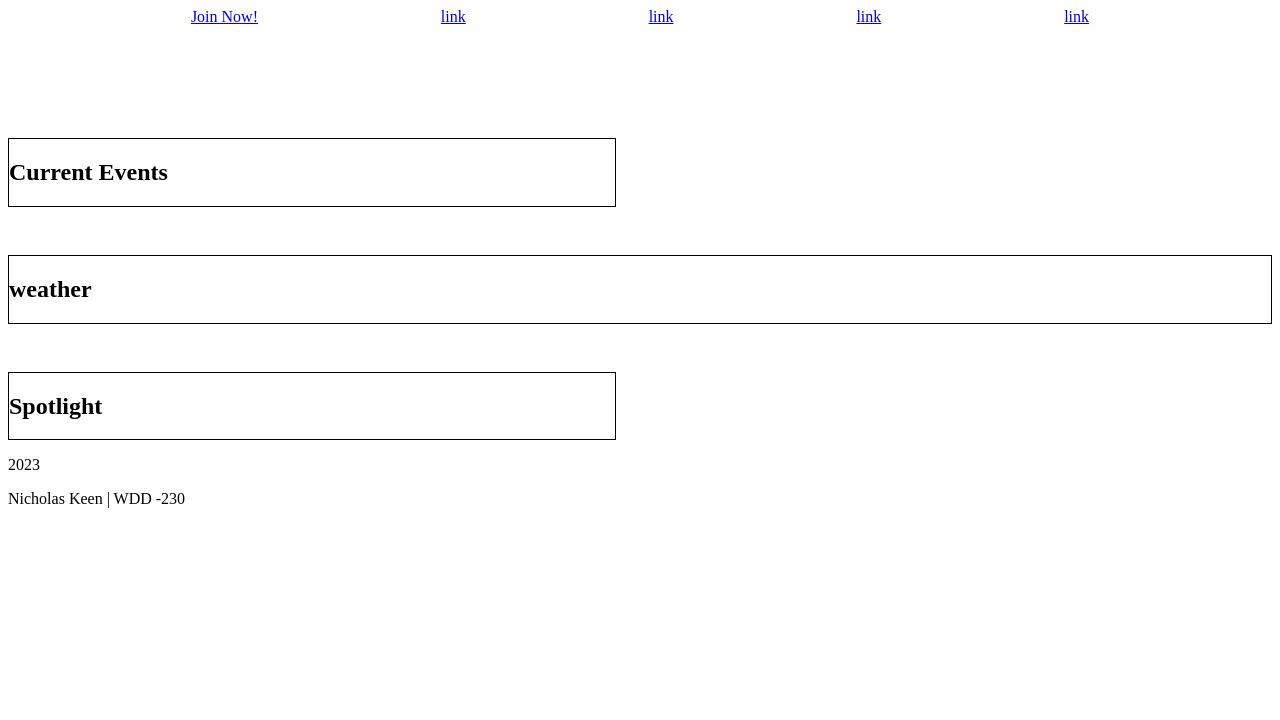
Repository: nak97/WDD230
Page: lesson03/chamber.html
The author's editor kept a copy of each file at every save. The page is drawn from the files as they stood at one save, then again after the next save.
The browser window is 1280 px wide. The pictures show the whole page.
Some web fonts or font styles are not loaded; a fallback is used.

Above is the page before, as saved 2023-10-07 19:52:30.

### lesson03/chamber.html
<!DOCTYPE html>
<html lang="en">
<head>
  <meta charset="UTF-8">
  <meta name="viewport" content="width=device-width, initial-scale=1.0">
  <meta name="description" content="WDD 230 - Nicholas Keen  - Web Frontend Development chamber-site-plan">
  <meta name="author" content="Nicholas Keen">
  <meta property="og:title" content="facebook"/>
  <meta property="og:type" content="website" />
  <meta property="og:url" content="facebook.com" />
  <meta property="og:image" content="images/facebook-meta-tag-pic.png" />
  <title>Chamber site plan</title>
  <link rel="stylesheet" href="/lesson03/styles/medium.css">
  <link rel="stylesheet" href="/lesson03/styles/large.css">
  <link rel="stylesheet" href="/lesson03/base.css">
  <link rel="preconnect" href="https://fonts.googleapis.com">
  <link rel="preconnect" href="https://fonts.gstatic.com" crossorigin>
  <link href="https://fonts.googleapis.com/css2?family=Gajraj+One&family=Montserrat:wght@700&family=Young+Serif&display=swap" rel="stylesheet">
  <title>Chamber</title>
</head>
<body>
  <header>

  </header>
  <nav class="navigation" >
    <a href="#">Join Now!</a>
    <a href="#">link</a>
    <a href="#">link</a>
    <a href="#">link</a>
    <a href="#">link</a>
  </nav>

  <main>
<!-- <img src="https://imgs.search.brave.com/JFc6OAb8GeWjekpeVgYFRLz9ljMKk6hGTTPaqdilQQg/rs:fit:500:0:0/g:ce/aHR0cHM6Ly90NC5m/dGNkbi5uZXQvanBn/LzAzLzI4LzMzLzIz/LzM2MF9GXzMyODMz/MjM5NV82THd3Z0Rr/eDdqTlU4MVBDYW9k/UUtwVGZENjVUSjJ6/Ry5qcGc" alt=""> -->

<section class="current-events">
<h1>Current Events </h1>

</section>


<section class="weather">
<h1>weather</h1>

</section>




<section class="spotlights">
<h1>Spotlight</h1>

</section>
  </main>

  <footer>
  <p> <i class="fa-sharp fa-light fa-copyright"></i>2023 </p>
  <p> Nicholas Keen |  WDD -230 <br> </p>
  <p id="lastModified"></p>
  </footer>

</body>
</html>

### lesson03/base.css
 /* body{
  background-image: url(https://imgs.search.brave.com/JFc6OAb8GeWjekpeVgYFRLz9ljMKk6hGTTPaqdilQQg/rs:fit:500:0:0/g:ce/aHR0cHM6Ly90NC5m/dGNkbi5uZXQvanBn/LzAzLzI4LzMzLzIz/LzM2MF9GXzMyODMz/MjM5NV82THd3Z0Rr/eDdqTlU4MVBDYW9k/UUtwVGZENjVUSjJ6/Ry5qcGc);
  background-repeat: no-repeat;
}  */

nav{
  display: flex;
  justify-content: space-evenly;
}
main {
  display: grid;
  grid-template-columns: 1fr 1fr;
  grid-gap: 3rem;
  margin-top: 7rem;
}
section {
  border: 1px solid black;
}

.weather  {
  grid-column: 1/3;
}

.spotlight {
  grid-column: 2;
  grid-row: 1;
}

Loaded but not shown: lesson03/styles/medium.css (no stored copy; drawn as an empty file); lesson03/styles/large.css (no stored copy; drawn as an empty file)

After the next save:
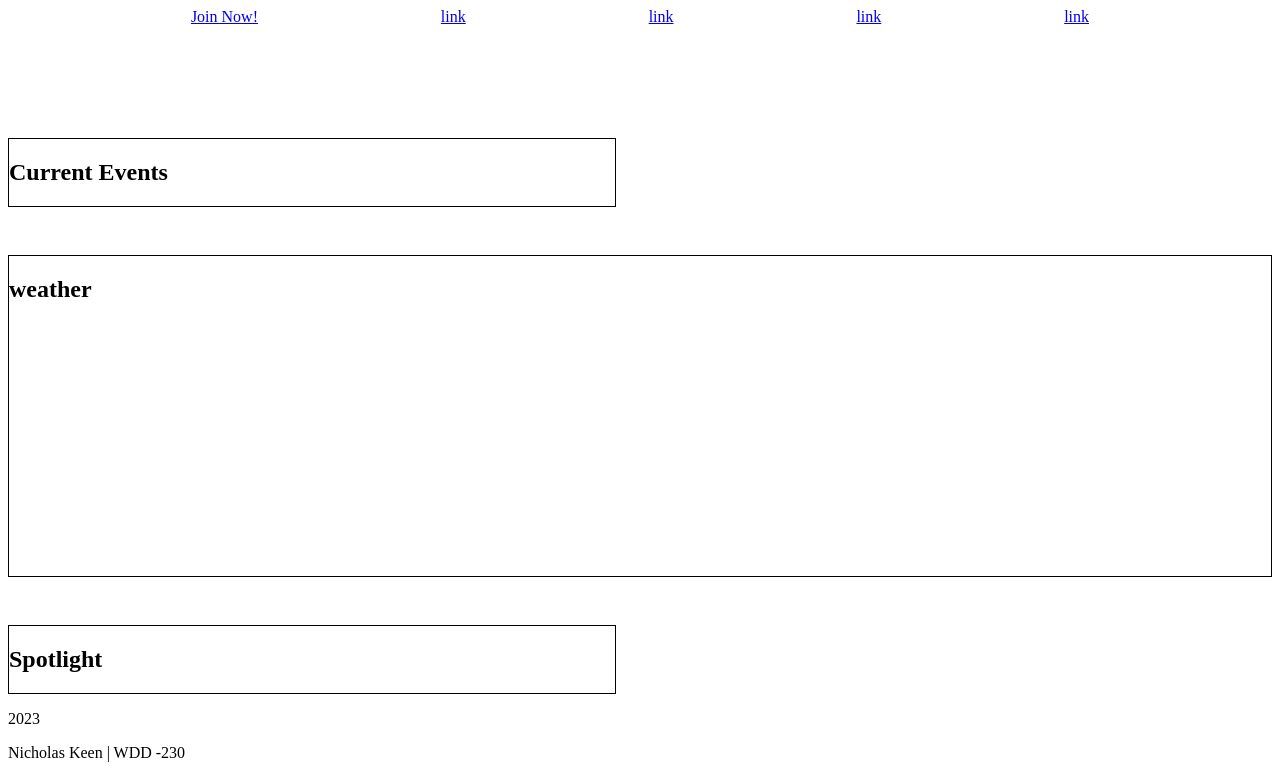
Saved 3 min 28 s later.
--- a/lesson03/base.css
+++ b/lesson03/base.css
@@ -19,6 +19,7 @@ section {
 
 .weather  {
   grid-column: 1/3;
+  height: 20rem;
 }
 
 .spotlight {
